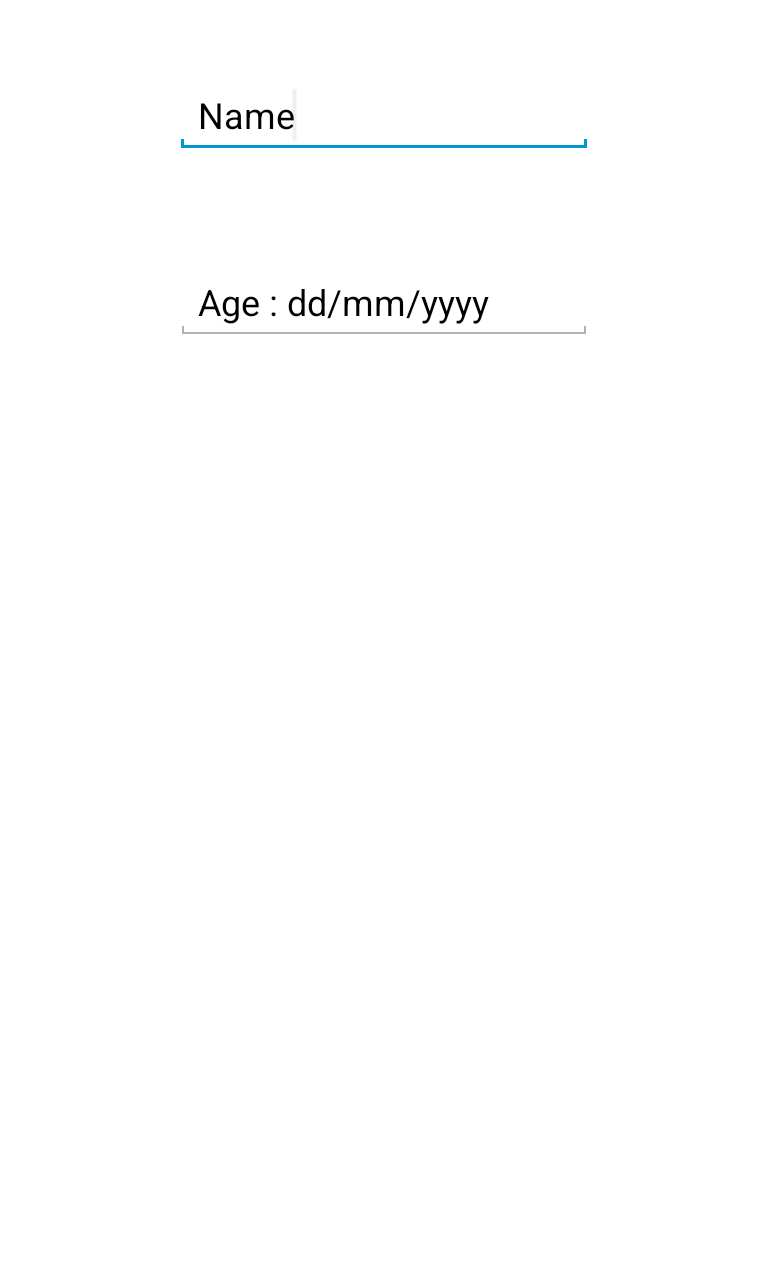
Repository: srikraj8341/srikanthrepo
Layout: android/MyFirstApp/res/layout/activity_display_message.xml
The author's editor kept a copy of each file at every save. The layout is drawn from the files as they stood at one save, then again after the next save.
It is drawn on a 768 x 1280 px phone screen (xhdpi) without system bars, with theme AppTheme; the app's code is not run.

Above is the layout before, as saved 2012-09-22 07:30:34.

After the next save:
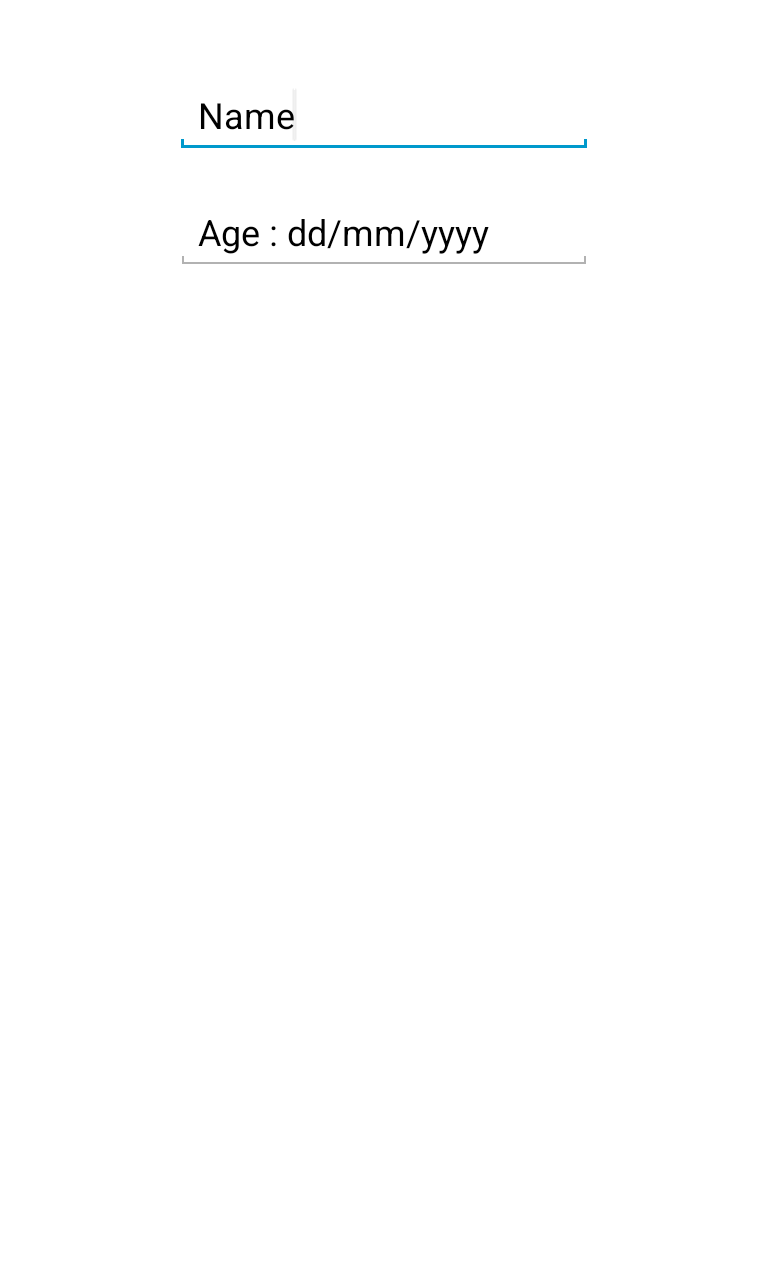
Saved 41 s later.
--- a/android/MyFirstApp/res/layout/activity_display_message.xml
+++ b/android/MyFirstApp/res/layout/activity_display_message.xml
@@ -23,11 +23,9 @@
             android:layout_height="wrap_content"
             android:layout_alignLeft="@+id/editText1"
             android:layout_below="@+id/editText1"
-            android:layout_marginTop="54dp"
+            android:layout_marginTop="19dp"
             android:ems="10"
             android:inputType="date"
-            android:text="@string/Age">
-
-        </EditText>
+            android:text="@string/Age" />
 
     </RelativeLayout>
